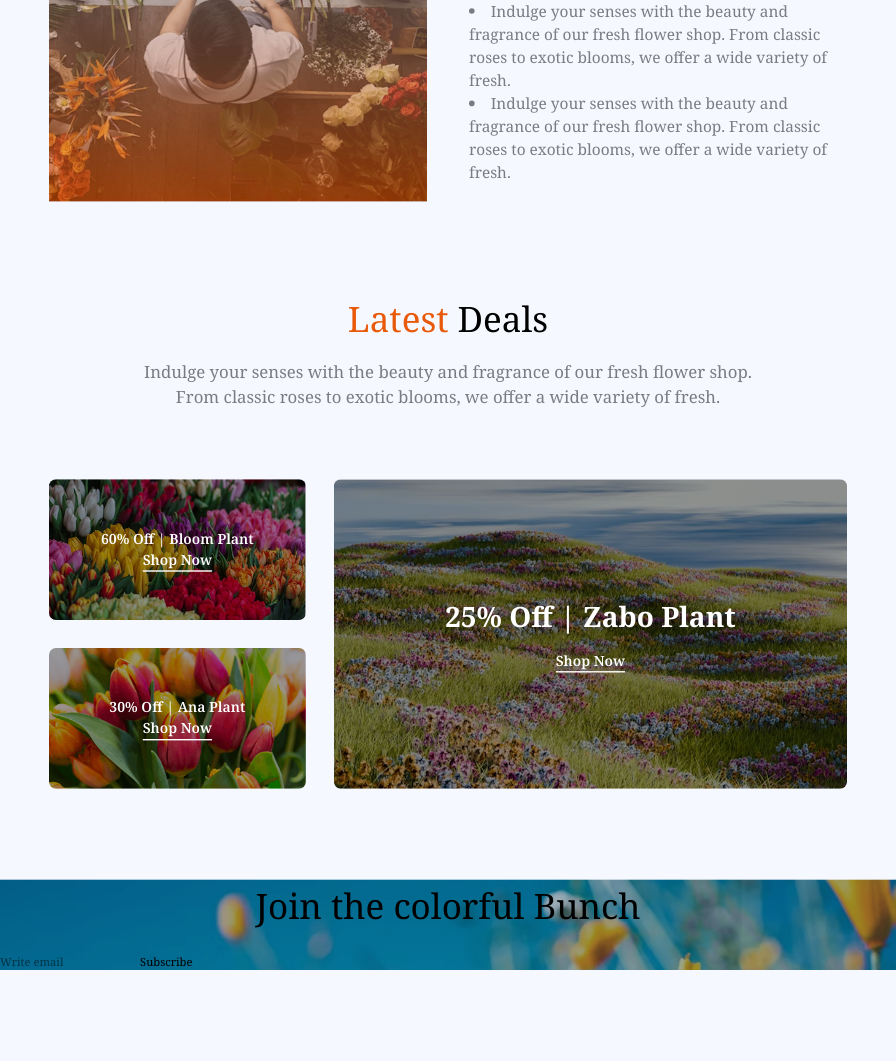
Repository: nahid-hasann/website-7
Page: index.html
An editor plug-in stored every save of this project. The page is shown before and after the next save, followed by the edit.
The browser window is 1280 px wide. The pictures show the part of the page from y = 2514 to 4434 px (the page is 4030 px tall before and 4434 px after), at 70% of full size.
Some web libraries are served in a nearby version.

Above is the page before, as saved 2025-07-24 21:17:08.

After the next save:
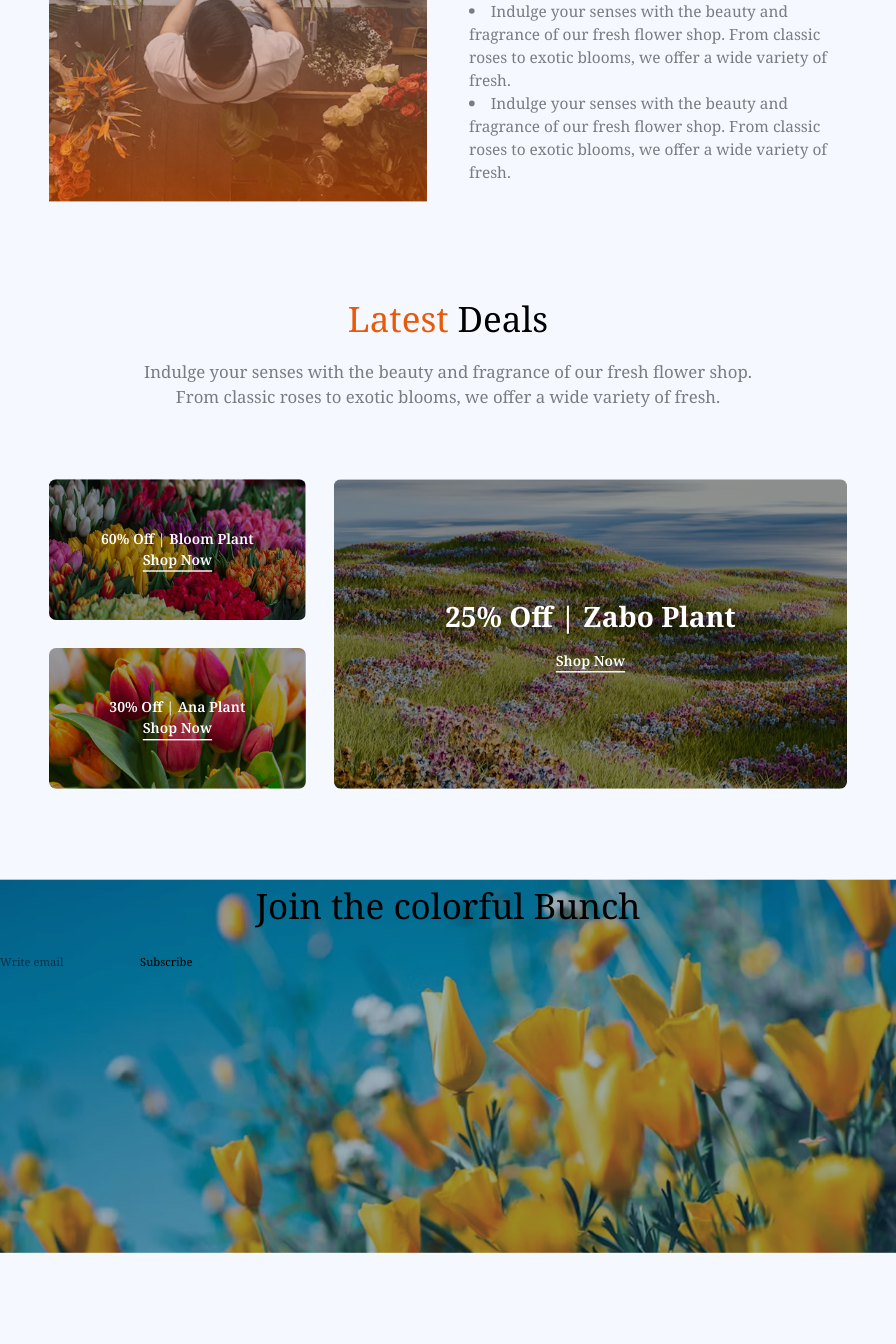
Saved 17 s later.
--- a/style.css
+++ b/style.css
@@ -286,7 +286,7 @@ nav{
 .subscribe-section{
     margin: 130px 0;
     background: url('assets/news-letter-bg.png') ;
-    max-height: 533px;
+    height: 533px;
 }
 
 .subscribe-section h1{

After the save that followed:
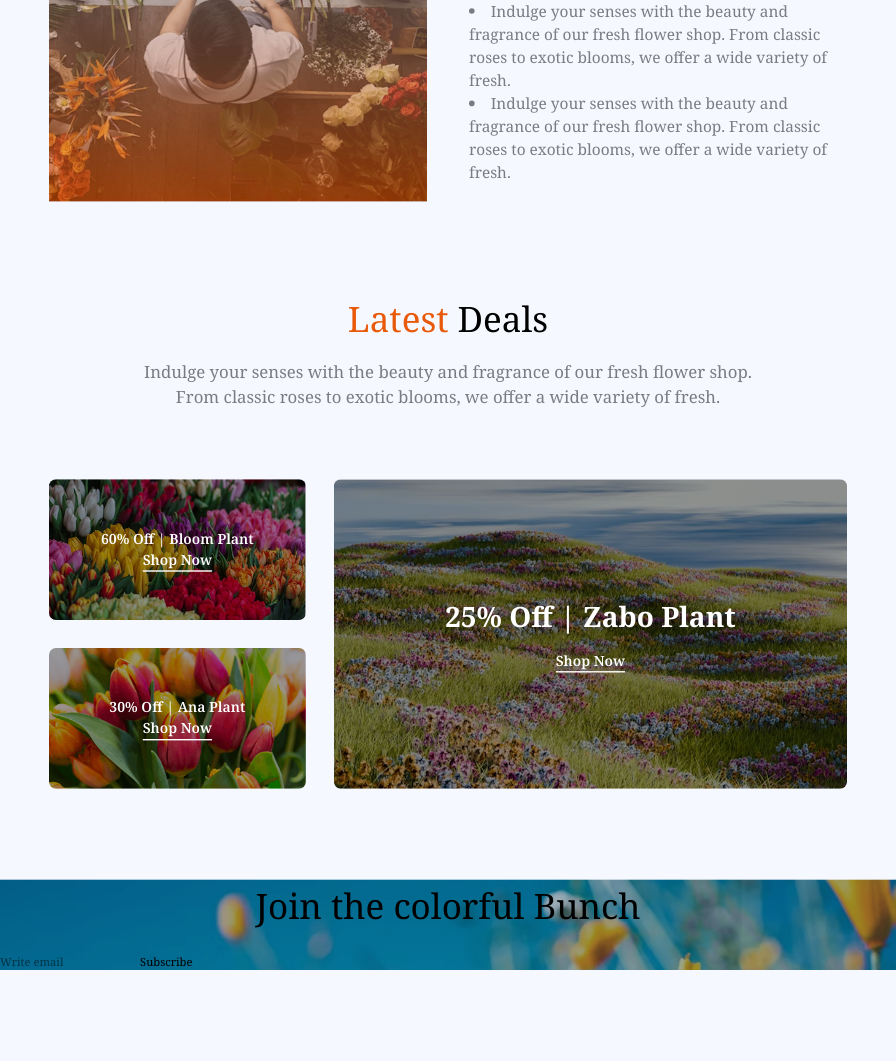
Saved 10 s later.
--- a/style.css
+++ b/style.css
@@ -286,7 +286,7 @@ nav{
 .subscribe-section{
     margin: 130px 0;
     background: url('assets/news-letter-bg.png') ;
-    height: 533px;
+    max-height: 533px;
 }
 
 .subscribe-section h1{
